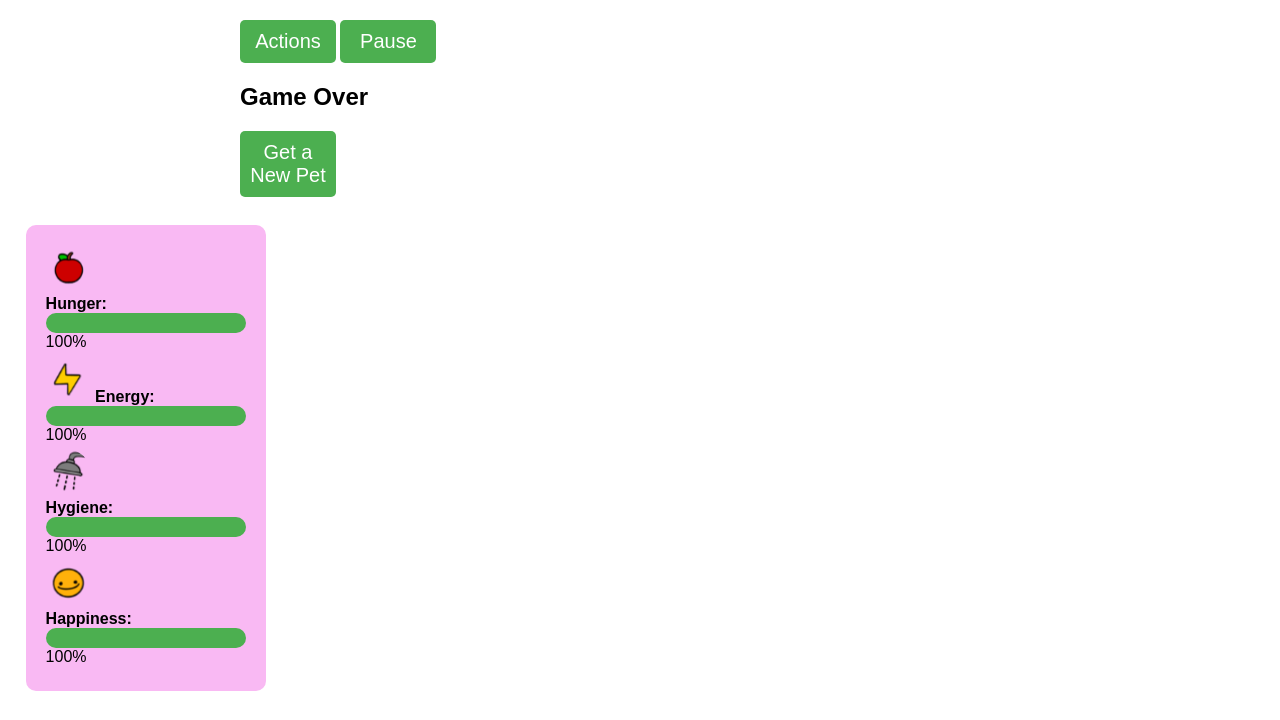
Repository: sarahjx/CapyCare
Page: html/index.html
These files come from the project's save history. The page is drawn as it stood at one moment and after the next save; the edit follows.
The browser window is 1280 px wide. The pictures show the whole page.
Some web fonts or font styles are not loaded; a fallback is used.

Above is the page before, as saved 2025-04-30 18:18:05.
Console error: SyntaxError: Unexpected end of input

### html/index.html
<!DOCTYPE html>
<html lang="en">
  <head>
    <meta charset="UTF-8" />
    <meta name="viewport" content="width=device-width, initial-scale=1.0" />
    <title>Virtual Pet Game</title>
    <link rel="preconnect" href="https://fonts.googleapis.com">
    <link rel="preconnect" href="https://fonts.gstatic.com" crossorigin>
    <link href="https://fonts.googleapis.com/css2?family=McLaren&display=swap" rel="stylesheet">
    <link rel="stylesheet" href="../css/statusbar.css" />
  </head>
  <body>
    <div class="status-bar-container">

      <div class="status-bar">
        <div class="status-icon-container">
        <span id="hunger-icon" class="status-icon"><img src="../images/hunger.svg" alt="hunger icon"></span>
        <span class="status-label">Hunger:</span>
        </div>
        <div class="status-progress">
          <div id="hunger-bar" class="status-fill"></div>
        </div>
        <span id="hunger-value">100%</span>
        <div id="hunger-warning" class="warning"></div>
      </div>

      <div class="status-bar">
        <div class="status-icon-container">
        <span id="energy-icon" class="status-icon"><img src="../images/energy.svg" alt="energy icon"></spanclass=class=>
        <span class="status-label">Energy:</span>
        </div>
        <div class="status-progress">
          <div id="energy-bar" class="status-fill"></div>
        </div>
        <span id="energy-value">100%</span>
        <div id="energy-warning" class="warning"></div>
      </div>

      <div class="status-bar">
        <div class="status-icon-container">
        <span id="hygiene-icon" class="status-icon"><img src="../images/hygiene.svg" alt="hygiene icon"></span>
        <span class="status-label">Hygiene:</span>
        </div>
        <div class="status-progress">
          <div id="hygiene-bar" class="status-fill"></div>
        </div>
        <span id="hygiene-value">100%</span>
        <div id="hygiene-warning" class="warning"></div>
      </div>

      <div class="status-bar">
        <div class="status-icon-container">
        <span id="happiness-icon" class="status-icon"><img src="../images/happiness.svg" alt="happiness icon"></span>
        <span class="status-label">Happiness:</span>
        </div>
        <div class="status-progress">
          <div id="happiness-bar" class="status-fill"></div>
        </div>
        <span id="happiness-value">100%</span>
        <div id="happiness-warning" class="warning"></div>
      </div>
    </div>

    <div  id="menu-wraper">
      <button id="toggle-button">Actions</button>

      <div class="action-buttons hidden" id="button-column">
        <button id="close-button">❌</button>
        <button onclick="feedPet(currentPet)">Feed</button>
        <button onclick="bathePet(currentPet)">Bathe</button>
        <button onclick="bedtime(currentPet)">Sleep</button>
        <button onclick="touchPet(currentPet)">Play</button>
      </div>
      <button id="pauseButton" onclick="togglePause()" class="pause-button">
        Pause
      </button>
    </div>

    <div id="gameOverScreen" class="game-over-screen">
      <div class="game-over-content">
        <h2>Game Over</h2>
        <p id="gameOverMessage"></p>
        <button onclick="resetGame()">Get a New Pet</button>
      </div>
    </div>

    <script src="../backend/status.js"></script>
  </body>
</html>

### css/statusbar.css
:root {
  --primary-color: #F9D9D9;
  --secondary-color: #D9E7F9;
  --tertiary-color: #FFF1FB;
  --accent-color: #F7EFD7;
  --text-color: #333;
  --spacing-xs: 0.5rem;
  --spacing-sm: 0.75rem;
  --spacing-md: 1rem;
  --spacing-lg: 1.5rem;
  --spacing-xl: 2rem;
  --spacing-xxl: 3rem;
  --font-family: 'McLaren', sans-serif;
  --font-size-xs: 0.75rem;
  --font-size-sm: 0.875rem;
  --font-size-md: 1rem;
  --font-size-lg: 1.125rem;
  --font-size-xl: 1.25rem;
  --font-size-xxl: 1.5rem;
}

body {
  font-family: var(--font-family);
  font-weight: 10;
  max-width: 800px;
  margin: 0 auto;
  padding: 20px;
  background-color: #ffffff;
}

.status-bar-container {
  position: fixed;
  background-color: rgb(249, 185, 243);
  padding: 20px;
  border-radius: 10px;
  display: inline-flex;
  flex-direction: column;
  bottom: 4%;
  left: 2%;
}

.status-icon-container {
  display: inline-flex;
  flex-direction: column;
}

.status-icon {
  margin: 0;
  padding: 0;
}

.status-label {
  display: inline-block;
  width: 100px;
  font-weight: bold;
}

.status-progress {
  width: 200px;
  height: 20px;
  background-color: #eee;
  border-radius: 10px;
  overflow: hidden;
}

.status-fill {
  height: 100%;
  background-color: #4caf50;
  transition: width 0.3s ease;
}

.action-buttons {
  margin-top: 20px;
  display: inline-flex;
  flex-direction: column;
  padding: 10px;
  border-radius: 10px;
  gap: 15px;
  background-color: #ff9800;
  position: fixed;
  right: 2%;
  bottom: 4%;

}


button {
  padding: 10px ;
  border: none;
  border-radius: 5px;
  background-color: #4caf50;
  color: white;
  cursor: pointer;
  transition: background-color 0.3s;
  width: 6rem;
  font-family: var(--font-family);
  font-weight: 7pt;
  font-size: var(--font-size-xl);

}

button:hover {
  background-color: #45a049;
}

.warning {
  color: #ff9800;
  font-weight: bold;
  margin-top: 5px;
}

.critical {
  color: #f44336;
  font-weight: bold;
  margin-top: 5px;
}

.hidden {
  display: none;
}

### backend/status.js
function Personality(favFood, active, clean, clingy, foodLover, introText) {
    this.favFood = favFood;
    this.active = active;
    this.clean = clean;
    this.clingy = clingy;
    this.foodLover = foodLover;
    this.intro = introText;
}

const mix1 = new Personality(
    "Sunfruit", true, true, true, true,
    "This pet is energetic and playful, always ready to explore or play. They love the taste of Sunfruit and will happily eat it when offered, but they’ll need constant attention, so expect lots of petting and cuddling. Despite their active nature, they stay clean and are easy to bathe. This pet loves affection and will return it in kind!"
);
const mix2 = new Personality(
    "Snakberry", true, true, false, true,
    "This pet is full of energy and loves to make the most of their days. They are particularly fond of Snakberries, which they will devour happily, but they tend to get hungry more often due to their high energy levels. Despite their active nature, they keep themselves clean and are easy to bathe. They’re not overly clingy, so while they’ll happily spend time with you, they won’t be demanding affection constantly."
);
const mix3 = new Personality(
    "Dreamleaf", false, false, true, false,
    "This pet is laid-back and enjoys spending time with you, always seeking your company. They love Dreamleaf as a treat, but they’re not particularly food-driven and don’t get hungry as often. While they may get a little dirty from time to time, they tend to move around when you try to bathe them. Expect them to seek out your attention frequently, and be ready to shower them with love when they come to you for pets."
);

const personalities = [mix1, mix2, mix3];

function getRandomPersonality() {
    const randomIndex = Math.floor(Math.random() * personalities.length);
    return personalities[randomIndex];
}
//gotta re do thatm^^^

let hunger = 70;
let energy = 70;
let hygiene = 70;
let happiness = 70;

function loseStatus(category){
    switch(category) {
        case "hunger":
// Global variable to store current pet
let currentPet = null;

// Store interval IDs globally
let hungerInterval = null;
let energyInterval = null;
let hygieneInterval = null;
let happinessInterval = null;

let isGameOver = false;

function getRandomPersonality() {
  const randomIndex = Math.floor(Math.random() * personalities.length);
  currentPet = personalities[randomIndex];
  console.log("New pet initialized:", currentPet.intro);
  return currentPet;
}

let hunger = 100;
let energy = 100;
let hygiene = 100;
let happiness = 100;

// Personality-based status decrease functions
function decreaseHunger() {
  if (!currentPet || isGameOver) return;

  // Food lovers get hungry faster
  const decreaseAmount = currentPet.foodLover ? 15 : 10;
  if (hunger <= 0) {
    hunger = 0;
    if (checkGameOver()) return;
  } else if (hunger > 0) {
    hunger -= decreaseAmount;
    if (checkGameOver()) return;
  }
  console.log("Hunger: " + hunger);
  warning();
}

function decreaseEnergy() {
  if (!currentPet || isGameOver) return;

  // Active pets lose energy faster
  const decreaseAmount = currentPet.active ? 15 : 10;
  if (energy <= 0) {
    energy = 0;
    if (checkGameOver()) return;
  } else if (energy > 0) {
    energy -= decreaseAmount;
    if (checkGameOver()) return;
  }
  console.log("Energy: " + energy);
  warning();
}

function decreaseHygiene() {
  if (!currentPet || isGameOver) return;

  // Clean pets lose hygiene slower
  const decreaseAmount = currentPet.clean ? 8 : 12;
  if (hygiene <= 0) {
    hygiene = 0;
    if (checkGameOver()) return;
  } else if (hygiene > 0) {
    hygiene -= decreaseAmount;
    if (checkGameOver()) return;
  }
  console.log("Hygiene: " + hygiene);
  warning();
}

function decreaseHappiness() {
  if (!currentPet || isGameOver) return;

  // Clingy pets lose happiness faster when not attended to
  const decreaseAmount = currentPet.clingy ? 15 : 10;
  if (happiness <= 0) {
    happiness = 0;
    if (checkGameOver()) return;
  } else if (happiness > 0) {
    happiness -= decreaseAmount;
    if (checkGameOver()) return;
  }
  console.log("Happiness: " + happiness);
  warning();
}

// Update intervals with personality-based timing
function updateIntervals() {
  // Clear any existing intervals
  if (hungerInterval) clearInterval(hungerInterval);
  if (energyInterval) clearInterval(energyInterval);
  if (hygieneInterval) clearInterval(hygieneInterval);
  if (happinessInterval) clearInterval(happinessInterval);

  // Set new intervals based on personality
  hungerInterval = setInterval(
    () => {
      decreaseHunger();
      warning();
    },
    currentPet.foodLover ? 6000 : 8000
  );

  energyInterval = setInterval(
    () => {
      decreaseEnergy();
      warning();
    },
    currentPet.active ? 8000 : 12000
  );

  hygieneInterval = setInterval(
    () => {
      decreaseHygiene();
      warning();
    },
    currentPet.clean ? 18000 : 15000
  );

  happinessInterval = setInterval(
    () => {
      decreaseHappiness();
      warning();
    },
    currentPet.clingy ? 8000 : 10000
  );

  console.log("Intervals updated for pet:", currentPet.intro);
}

// Pause game function
function pauseGame() {
  if (hungerInterval) clearInterval(hungerInterval);
  if (energyInterval) clearInterval(energyInterval);
  if (hygieneInterval) clearInterval(hygieneInterval);
  if (happinessInterval) clearInterval(happinessInterval);
  console.log("Game paused");
}

// Resume game function
function resumeGame() {
  updateIntervals();
  console.log("Game resumed");
}

// Initialize with a random pet and start intervals
currentPet = getRandomPersonality();
updateIntervals();

function touchPet(personality) {
  if (personality.clingy) {
    gainStatus("happiness");
    console.log("Your pet loves the attention!");
  } else {
    loseStatus("happiness");
    console.log("Your pet prefers their space.");
  }
}

function feedPet(personality) {
  gainStatus("hunger"); // Always increase hunger
  if (personality.foodLover) {
    gainStatus("happiness");
    console.log("Your pet loves the food!");
  } else {
    loseStatus("happiness");
    console.log("Your pet isn't very interested in food.");
  }
}

function bathePet(personality) {
  gainStatus("hygiene"); // Always increase hygiene
  if (personality.clean) {
    gainStatus("happiness");
    console.log("Your pet enjoys being clean!");
  } else {
    loseStatus("happiness");
    console.log("Your pet doesn't like baths.");
  }
}

function bedtime(personality) {
  gainStatus("energy"); // Always increase energy
  if (personality.active) {
    loseStatus("happiness");
    console.log("Your pet is too energetic to sleep!");
  } else {
    gainStatus("happiness");
    console.log("Your pet enjoys resting.");
  }
}

function gainStatus(category) {
  switch (category) {
    case "hunger":
      if (hunger >= 100) {
        console.log("Hunger is full!");
      } else if (hunger < 100) {
        hunger += 10;
        console.log("Hunger: " + hunger);
      }
      break;
    case "energy":
      if (energy >= 100) {
        console.log("Energy is full!");
      } else if (energy < 100) {
        energy += 10;
        console.log("Energy: " + energy);
      }
      break;
    case "hygiene":
      if (hygiene >= 100) {
        console.log("Hygiene is full!");
      } else if (hygiene < 100) {
        hygiene += 10;
        console.log("Hygiene: " + hygiene);
      }
      break;
    case "happiness":
      if (happiness >= 100) {
        console.log("Happiness is full!");
      } else if (happiness < 100) {
        happiness += 10;
        console.log("Happiness: " + happiness);
      }
      break;
    default:
      console.log("Invalid category");
  }
}

function loseStatus(category) {
  switch (category) {
    case "hunger":
      if (hunger <= 0) {
        console.log("Hunger is empty!");
        hunger = 0;
      } else if (hunger > 0) {
        hunger -= 10;
        console.log("Hunger: " + hunger);
      }
      break;
    case "energy":
      if (energy <= 0) {
        console.log("Energy is empty!");
        energy = 0;
      } else if (energy > 0) {
        energy -= 10;
        console.log("Energy: " + energy);
      }
      break;
    case "hygiene":
      if (hygiene <= 0) {
        console.log("Hygiene is empty!");
        hygiene = 0;
      } else if (hygiene > 0) {
        hygiene -= 10;
        console.log("Hygiene: " + hygiene);
      }
      break;
    case "happiness":
      if (happiness <= 0) {
        console.log("Happiness is empty!");
        happiness = 0;
      } else if (happiness > 0) {
        happiness -= 10;
        console.log("Happiness: " + happiness);
      }
      break;
    default:
      console.log("Invalid category");
  }
}

function warning() {
  // Hunger warnings
  if (hunger <= 50 && hunger > 20) {
    document.getElementById("hunger-warning").textContent =
      "Your pet is getting hungry!";
    document.getElementById("hunger-warning").className = "warning";
  } else if (hunger <= 20 && hunger > 0) {
    document.getElementById("hunger-warning").textContent =
      "Your pet is starving!";
    document.getElementById("hunger-warning").className = "critical";
  } else {
    document.getElementById("hunger-warning").textContent = "";
  }

  // Energy warnings
  if (energy <= 50 && energy > 20) {
    document.getElementById("energy-warning").textContent =
      "Your pet is getting tired!";
    document.getElementById("energy-warning").className = "warning";
  } else if (energy <= 20 && energy > 0) {
    document.getElementById("energy-warning").textContent =
      "Your pet is exhausted!";
    document.getElementById("energy-warning").className = "critical";
  } else {
    document.getElementById("energy-warning").textContent = "";
  }

  // Hygiene warnings
  if (hygiene <= 50 && hygiene > 20) {
    document.getElementById("hygiene-warning").textContent =
      "Your pet needs a bath!";
    document.getElementById("hygiene-warning").className = "warning";
  } else if (hygiene <= 20 && hygiene > 0) {
    document.getElementById("hygiene-warning").textContent =
      "Your pet is filthy!";
    document.getElementById("hygiene-warning").className = "critical";
  } else {
    document.getElementById("hygiene-warning").textContent = "";
  }

  // Happiness warnings
  if (happiness <= 50 && happiness > 20) {
    document.getElementById("happiness-warning").textContent =
      "Your pet is getting sad!";
    document.getElementById("happiness-warning").className = "warning";
  } else if (happiness <= 20 && happiness > 0) {
    document.getElementById("happiness-warning").textContent =
      "Your pet is depressed!";
    document.getElementById("happiness-warning").className = "critical";
  } else {
    document.getElementById("happiness-warning").textContent = "";
  }
}

function checkGameOver() {
  if (hunger <= 0 || energy <= 0 || hygiene <= 0 || happiness <= 0) {
    isGameOver = true;
    pauseGame();
    showGameOver();
    return true;
  }
  return false;
}

function showGameOver() {
  let reason = "";
  if (hunger <= 0) reason = "Your pet starved to death!";
  else if (energy <= 0) reason = "Your pet died from exhaustion!";
  else if (hygiene <= 0) reason = "Your pet died from poor hygiene!";
  else if (happiness <= 0) reason = "Your pet died from sadness!";

  console.log("GAME OVER: " + reason);
  document.getElementById("gameOverMessage").textContent = reason;
  document.getElementById("gameOverScreen").style.display = "flex";
}

function resetGame() {
  isGameOver = false;
  hunger = 100;
  energy = 100;
  hygiene = 100;
  happiness = 100;
  document.getElementById("gameOverScreen").style.display = "none";
  currentPet = getRandomPersonality();
  updateStatusBars();
  updateIntervals();
}

let isPaused = false;

      function togglePause() {
        isPaused = !isPaused;
        const pauseButton = document.getElementById("pauseButton");
        const buttons = document.querySelectorAll(
          ".buttons button:not(#pauseButton)"
        );

        if (isPaused) {
          pauseButton.textContent = "Resume";
          pauseButton.classList.add("paused");
          buttons.forEach((button) => (button.disabled = true));
          pauseGame();
        } else {
          pauseButton.textContent = "Pause";
          pauseButton.classList.remove("paused");
          buttons.forEach((button) => (button.disabled = false));
          resumeGame();
        }
      }

      // Update status bars
      function updateStatusBars() {
        document.getElementById("hunger-bar").style.width = hunger + "%";
        document.getElementById("energy-bar").style.width = energy + "%";
        document.getElementById("hygiene-bar").style.width = hygiene + "%";
        document.getElementById("happiness-bar").style.width = happiness + "%";

        document.getElementById("hunger-value").textContent = hunger + "%";
        document.getElementById("energy-value").textContent = energy + "%";
        document.getElementById("hygiene-value").textContent = hygiene + "%";
        document.getElementById("happiness-value").textContent =
          happiness + "%";
      }

      // Override console.log to update UI
      const originalConsoleLog = console.log;
      console.log = function () {
        originalConsoleLog.apply(console, arguments);
        updateStatusBars();
      };

      // Initial update
      updateStatusBars();


//       const toggleButton = document.getElementById('toggle-button');
// const closeButton = document.getElementById('close-button');
// const buttonColumn = document.getElementById('button-column');

// toggleButton.addEventListener('click', () => {
//   buttonColumn.classList.remove('hidden');
//   toggleButton.style.display = 'none';
// });

// closeButton.addEventListener('click', () => {
//   buttonColumn.classList.add('hidden');
//   toggleButton.style.display = 'inline-block';
// })

After the next save:
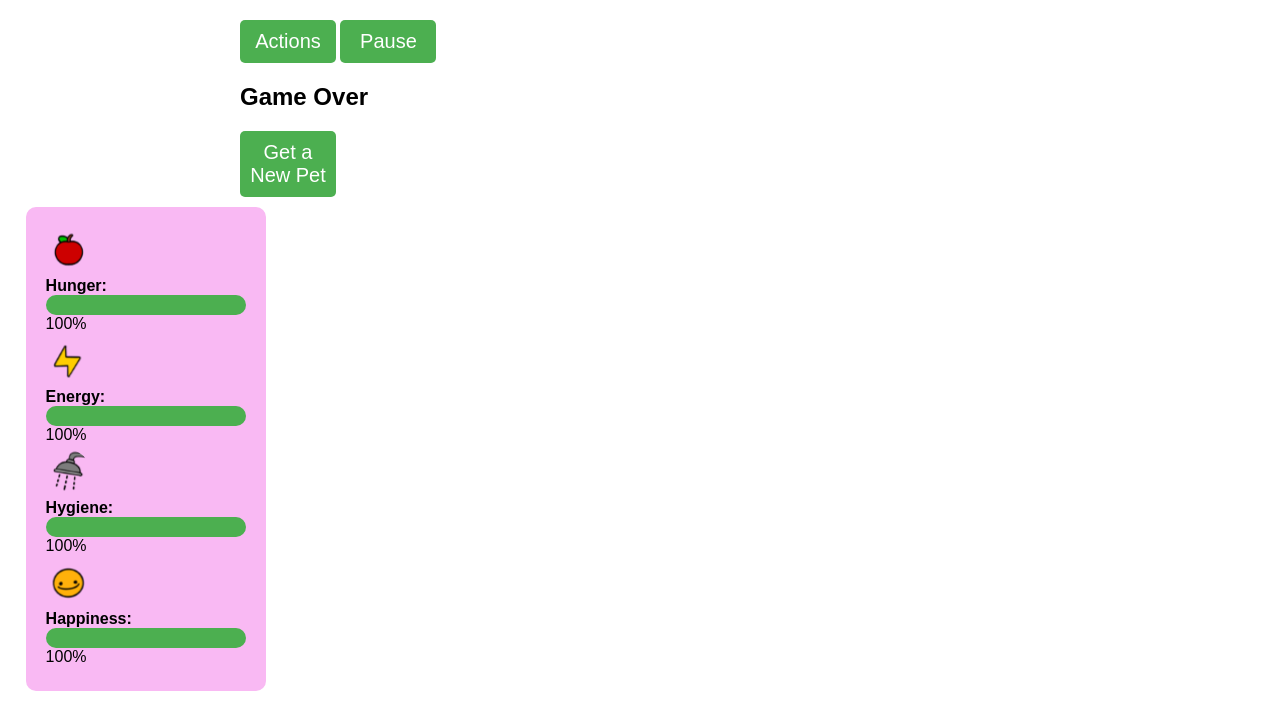
Saved 7 s later.
--- a/html/index.html
+++ b/html/index.html
@@ -26,7 +26,7 @@
 
       <div class="status-bar">
         <div class="status-icon-container">
-        <span id="energy-icon" class="status-icon"><img src="../images/energy.svg" alt="energy icon"></spanclass=class=>
+        <span id="energy-icon" class="status-icon"><img src="../images/energy.svg" alt="energy icon"></span>
         <span class="status-label">Energy:</span>
         </div>
         <div class="status-progress">
